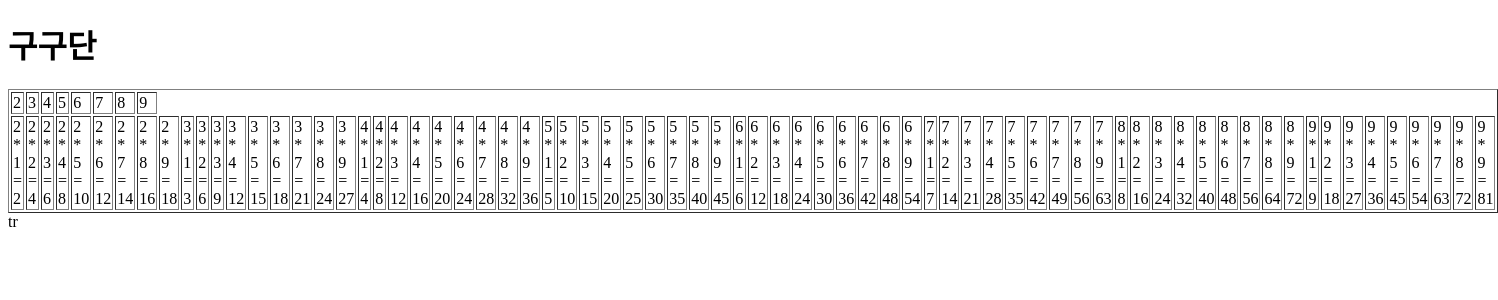
Repository: jihyeon00/java_web_sol
Page: http://localhost/jspweb_07/gugu.jsp
These files come from the project's save history. The page is drawn as it stood at one moment and after the next save; the edit follows.
The browser window is 1280 px wide. The page is 1498 px wide, so the pictures cover 1498 px, including what lies to the right of the window. The pictures show the whole page.
The page is served by Tomcat 9.

Above is the page before, as saved 2024-01-11 02:39:06.

### workspace_stsb/jspweb_07/src/main/webapp/gugu.jsp
<%@ page language="java" contentType="text/html; charset=UTF-8"
    pageEncoding="UTF-8"%>
<!DOCTYPE html>
<html>
<head>
<meta charset="UTF-8">
<title>Insert title here</title>
</head>
<body>
	<h1>구구단</h1>
	<%
		out.println("<table border ='1'>");

		out.println("<tr>");
		for(int i = 2; i<=9;i++){
				out.println("<td>"+ i +"</td>");
			}
		out.println("</tr>");
		out.println("<tr>");
		for(int i = 2; i<=9;i++){
			for(int j=1;j<=9;j++){
				out.println("<td>"+ i + " * " + j + " = " + i*j +"</td>");
			}
		}
		out.println("</tr>");


		out.println("</table>");
	%>
	<table>tr<tr></table>
</body>
</html>

After the next save:
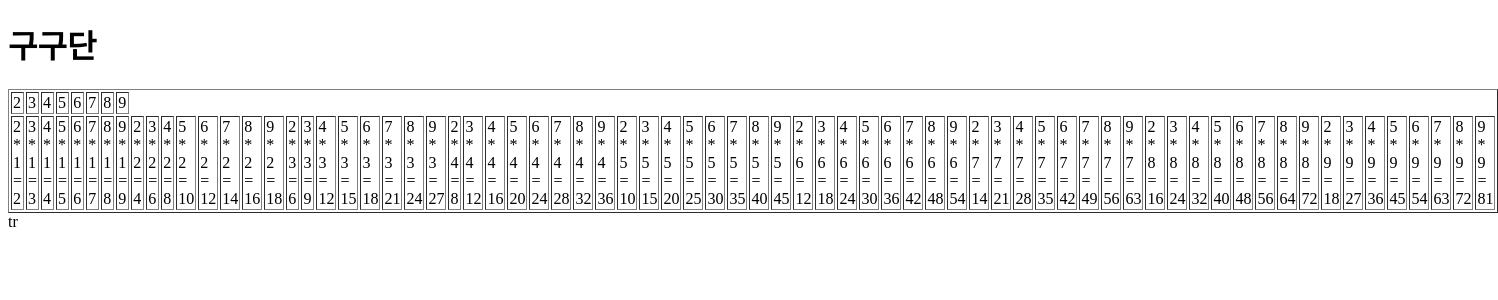
Saved 49 s later.
--- a/workspace_stsb/jspweb_07/src/main/webapp/gugu.jsp
+++ b/workspace_stsb/jspweb_07/src/main/webapp/gugu.jsp
@@ -17,9 +17,9 @@
 			}
 		out.println("</tr>");
 		out.println("<tr>");
-		for(int i = 2; i<=9;i++){
-			for(int j=1;j<=9;j++){
-				out.println("<td>"+ i + " * " + j + " = " + i*j +"</td>");
+		for(int i = 1; i<=9;i++){
+			for(int j=2;j<=9;j++){
+				out.println("<td>"+ j + " * " + i + " = " + i*j +"</td>");
 			}
 		}
 		out.println("</tr>");
